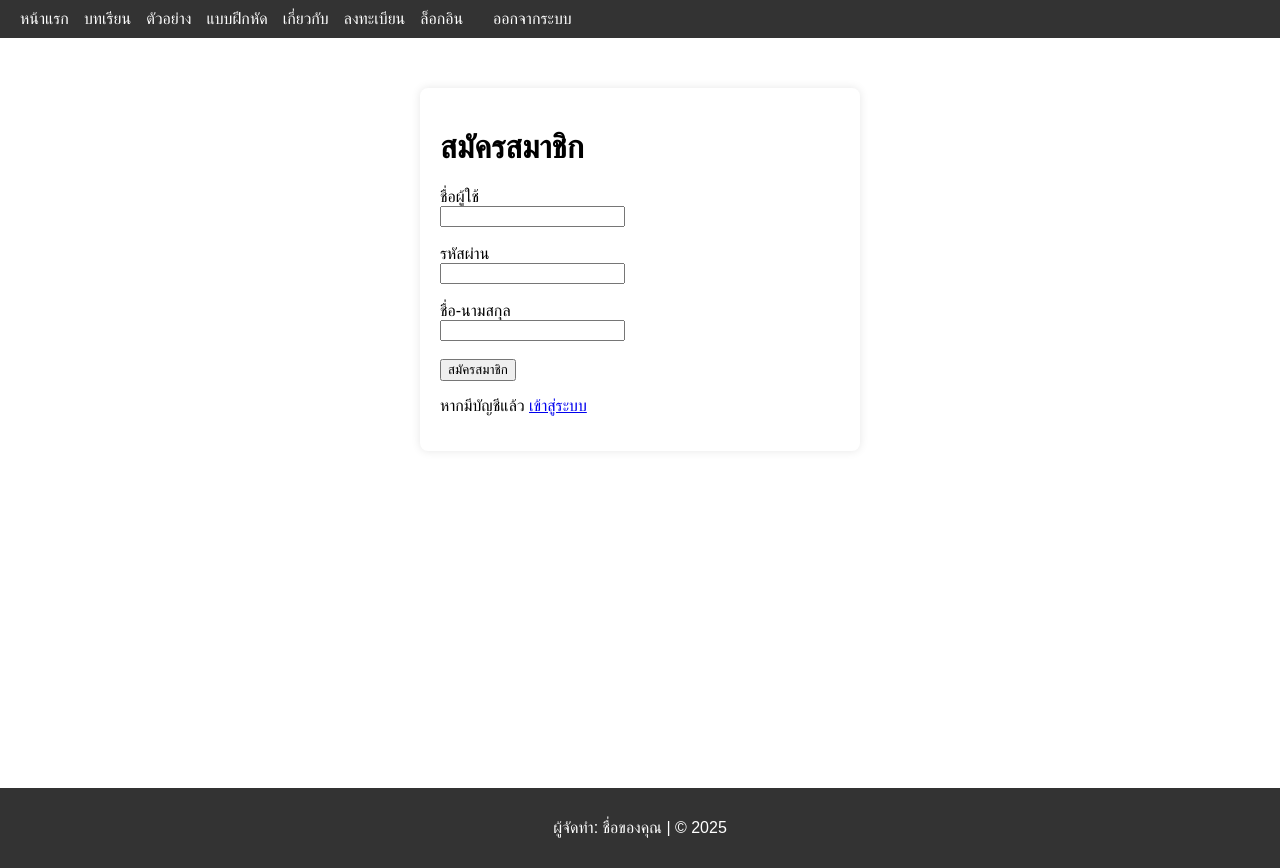
Repository: staggil/thesis
Page: register.html
An editor plug-in stored every save of this project. The page is shown before and after the next save, followed by the edit.
The browser window is 1280 px wide. The pictures show the whole page.
The page's requests for data from a server got no answer.

Above is the page before, as saved 2025-12-08 09:25:04.

### register.html
<!DOCTYPE html>
<html lang="th">
<head>
    <meta charset="UTF-8">
    <meta name="viewport" content="width=device-width, initial-scale=1.0">
    <title>สมัครสมาชิก - เว็บไซต์สอนเขียนโปรแกรม</title>
    <link rel="stylesheet" href="style.css">
    <script src="script.js" defer></script>
</head>
<body data-sidebar="components/empty.html" class="register-page">

    <!-- Header -->
    <div id="header-placeholder"></div>

    <!-- Sidebar -->
    <div id="sidebar-placeholder"></div>

    <!-- Content -->
    <main id="main-content">
        <h1>สมัครสมาชิก</h1>
        <form id="register-form">
            <label for="username">ชื่อผู้ใช้</label><br>
            <input type="text" id="username" name="username" required><br><br>

            <label for="password">รหัสผ่าน</label><br>
            <input type="password" id="password" name="password" required><br><br>

            <label for="fullname">ชื่อ-นามสกุล</label><br>
            <input type="text" id="fullname" name="fullname" required><br><br>

            <button type="submit">สมัครสมาชิก</button>
        </form>
        <p id="register-error" style="color:red; display:none;"></p>
        <p>หากมีบัญชีแล้ว <a href="login.html">เข้าสู่ระบบ</a></p>
    </main>

    <!-- Footer -->
    <div id="footer-placeholder"></div>

    <script>
    document.getElementById("register-form").addEventListener("submit", async (e) => {
        e.preventDefault();

        const username = document.getElementById("username").value.trim();
        const password = document.getElementById("password").value;
        const fullname = document.getElementById("fullname").value.trim();

        if (!username || !password || !fullname) {
            const err = document.getElementById("register-error");
            err.style.display = "block";
            err.textContent = "กรุณากรอกข้อมูลให้ครบทุกช่อง";
            return;
        }

        try {
            const res = await fetch("/register", {
                method: "POST",
                headers: { "Content-Type": "application/json" },
                body: JSON.stringify({ username, password, fullname })
            });

            const data = await res.json();

            const err = document.getElementById("register-error");
            if (data.success) {
                err.style.display = "none";
                alert(data.message);
                window.location.href = "/login.html"; // redirect ไปหน้า login
            } else {
                err.style.display = "block";
                err.textContent = data.message;
            }

        } catch (error) {
            console.error("Error:", error);
            const err = document.getElementById("register-error");
            err.style.display = "block";
            err.textContent = "เกิดข้อผิดพลาดในการเชื่อมต่อเซิร์ฟเวอร์";
        }
    });
    </script>

</body>
</html>

### style.css
/* =========================
   Reset & Body
   ========================= */
body {
    margin: 0;
    font-family: Arial, sans-serif;
    box-sizing: border-box;
}

/* =========================
   Header
   ========================= */
header {
    background-color: #333;
    color: white;
    padding: 10px 20px;
}

.navbar ul {
    list-style: none;
    display: flex;
    gap: 15px;
    padding: 0;
    margin: 0;
}

.navbar ul li a {
    color: white;
    text-decoration: none;
}

/* =========================
   Sidebar
   ========================= */
#sidebar {
    width: 200px;               /* กำหนดความกว้าง */
    background-color: #f4f4f4;  /* สีพื้นหลัง */
    padding: 15px;              /* ระยะขอบภายใน */
    float: left;                /* ลอยซ้าย */
    height: 100vh;              /* ความสูงเต็มหน้าจอ */
    overflow-y: auto;           /* scroll ถ้ายาวเกิน */
}

#sidebar ul {
    list-style: none;
    padding: 0;
}

#sidebar ul li {
    margin-bottom: 10px;
}

#sidebar ul li a {
    text-decoration: none;
    color: #333;
    display: block;
    padding: 8px;
    border-radius: 4px;
    transition: background 0.3s;
}

#sidebar ul li a:hover {
    background-color: #ddd;
}

/* =========================
   Main Content
   ========================= */
#main-content {
    padding: 20px;          /* ระยะขอบภายใน */
    margin-left: 300px;     /* เว้นระยะจาก sidebar (sidebar width + 20px) */
    max-width: 700px;
}

/* กรณีหน้า index.html ไม่มี sidebar */
body.index #main-content {
    margin-left: 0;
    max-width: 700px;        /* กว้างเท่ากับหน้าที่มี sidebar */
    margin: 0 auto;          /* จัด content กลางหน้า */
}

/* =========================
   Footer
   ========================= */
footer {
    clear: both;
    background-color: #333;
    color: white;
    text-align: center;
    padding: 15px;
    position: relative;
}

/* =========================
   Responsive (มือถือ)
   ========================= */
@media screen and (max-width: 768px) {
    #sidebar {
        width: 100%;
        height: auto;
        float: none;
    }
    #main-content {
        margin-left: 0;
        padding: 15px;
    }

    .navbar ul {
        flex-direction: column;
        gap: 5px;
    }
}

/* =========================
   Empty sidebar
   ========================= */
#sidebar.empty-sidebar {
    background-color: #fff;   /* สีเดียวกับ container */
           /* คง padding เดิมถ้าอยากให้ layoutเหมือนหน้าที่มี sidebar */
    /* อย่าแก้ width หรือ float */
}

/* หน้า login ให้ layout อยู่กลางและสวยขึ้น */
body.login-page #main-content {
    max-width: 400px;       /* กว้างแค่พอ form */
    margin: 50px auto;      /* จัดกลางแนวนอนและเว้นบน */
    padding: 20px;
    background-color: #fff; /* เหมือน container */
    border-radius: 8px;
    box-shadow: 0 0 10px rgba(0,0,0,0.1);
}



/* หน้า register ให้ layout อยู่กลางเหมือน login */
body.register-page #main-content {
    max-width: 400px;          /* กว้างพอ form */
    margin: 50px auto;         /* จัดกลางหน้า */
    padding: 20px;
    background-color: #fff;    /* เหมือน container */
    border-radius: 8px;
    box-shadow: 0 0 10px rgba(0,0,0,0.1);
}

### script.js
function loadComponent(filePath, elementId) {
    if (!filePath) return;
    const el = document.getElementById(elementId);
    if (!el) {
        console.error(`ไม่พบ element id="${elementId}"`);
        return;
    }
    fetch(filePath)
        .then(response => {
            if (!response.ok) throw new Error("ไม่พบไฟล์ " + filePath);
            return response.text();
        })
        .then(data => {
            el.innerHTML = data;

            // หลังโหลด header ให้ตรวจสอบ session
            if (elementId === "header-placeholder") {
                updateHeaderLoginStatus();
            }
        })
        .catch(error => console.error(error));
}

// ฟังก์ชันตรวจสอบ login
function updateHeaderLoginStatus() {
    fetch("/me")
        .then(res => res.json())
        .then(user => {
            if (user.username) {
                // login แล้ว
                document.querySelectorAll(".login-only").forEach(el => el.style.display = "none");
                document.querySelectorAll(".user-only").forEach(el => el.style.display = "block");
                document.getElementById("username-display").textContent = user.fullname;

                // เพิ่ม listener logout
                const logoutLink = document.getElementById("logout-link");
                if (logoutLink) {
                    logoutLink.addEventListener("click", async (e) => {
                        e.preventDefault();
                        await fetch("/logout", { method: "POST" });
                        updateHeaderLoginStatus(); // รีเฟรชเมนู
                        window.location.href = "/login.html";
                    });
                }

            } else {
                // ยังไม่ได้ login
                document.querySelectorAll(".login-only").forEach(el => el.style.display = "block");
                document.querySelectorAll(".user-only").forEach(el => el.style.display = "none");
            }
        })
        .catch(err => console.error(err));
}

document.addEventListener("DOMContentLoaded", function() {
    loadComponent("/components/header.html", "header-placeholder");
    loadComponent("/components/footer.html", "footer-placeholder");

    const sidebarFile = document.body.getAttribute("data-sidebar");
    loadComponent(sidebarFile, "sidebar-placeholder");

    // ตรวจสอบ exercise links หลังจากโหลด header เสร็จ
    const checkExerciseLinks = () => {
        const exerciseLinks = document.querySelectorAll("a[href^='/exercises/']");
        exerciseLinks.forEach(link => {
            link.addEventListener("click", async (e) => {
                e.preventDefault();
                const res = await fetch("/me");
                const user = await res.json();
                if (!user.username) {
                    const goLogin = confirm("คุณต้อง login ก่อนเข้าแบบฝึกหัด\nไปหน้า Login ตอนนี้หรือไม่?");
                    if (goLogin) window.location.href = "/login.html";
                } else {
                    window.location.href = link.href;
                }
            });
        });
    };

    // รอ header โหลดเสร็จแล้วค่อย bind
    const headerInterval = setInterval(() => {
        if (document.getElementById("header-placeholder").children.length > 0) {
            clearInterval(headerInterval);
            checkExerciseLinks();
        }
    }, 50);
});

### components/header.html
<header>
   <nav class="navbar">
        <ul id="nav-items">
            <li><a href="/index.html">หน้าแรก</a></li>
            <li><a href="/lessons/intro.html">บทเรียน</a></li>
            <li><a href="/examples/draw-rect.html">ตัวอย่าง</a></li>
            <li><a href="/exercises/exercise1.html">แบบฝึกหัด</a></li>
            <li><a href="/about/about.html">เกี่ยวกับ</a></li>
            <li class="login-only"><a href="/register.html">ลงทะเบียน</a></li>
            <li class="login-only"><a href="/login.html">ล็อกอิน</a></li>
            <li class="user-only"><span id="username-display"></span></li>
            <li class="user-only"><a href="#" id="logout-link">ออกจากระบบ</a></li>
        </ul>
    </nav>
</header>

### components/footer.html
<footer>
    <p>ผู้จัดทำ: ชื่อของคุณ | © 2025</p>
</footer>

### components/empty.html
<aside id="sidebar" class="empty-sidebar">
    <ul>

    </ul>
</aside>

After the next save:
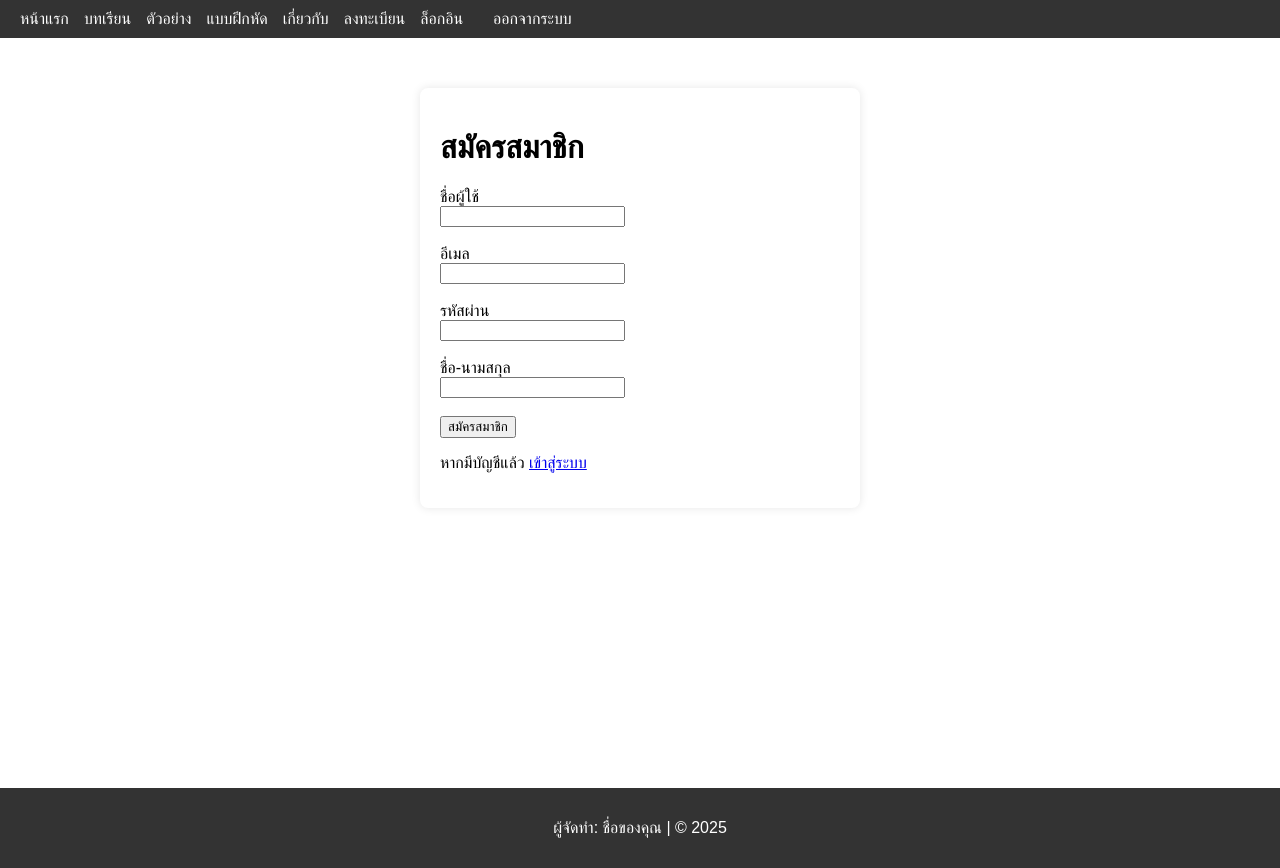
Saved 19 h 20 min later.
--- a/register.html
+++ b/register.html
@@ -22,6 +22,9 @@
             <label for="username">ชื่อผู้ใช้</label><br>
             <input type="text" id="username" name="username" required><br><br>
 
+            <label for="email">อีเมล</label><br>
+            <input type="email" id="email" name="email" required><br><br>
+
             <label for="password">รหัสผ่าน</label><br>
             <input type="password" id="password" name="password" required><br><br>
 
@@ -38,46 +41,47 @@
     <div id="footer-placeholder"></div>
 
     <script>
-    document.getElementById("register-form").addEventListener("submit", async (e) => {
-        e.preventDefault();
+  document.getElementById("register-form").addEventListener("submit", async (e) => {
+    e.preventDefault();
 
-        const username = document.getElementById("username").value.trim();
-        const password = document.getElementById("password").value;
-        const fullname = document.getElementById("fullname").value.trim();
+    const username = document.getElementById("username").value.trim();
+    const password = document.getElementById("password").value;
+    const fullname = document.getElementById("fullname").value.trim();
+    const email = document.getElementById("email").value.trim(); // เพิ่ม
 
-        if (!username || !password || !fullname) {
-            const err = document.getElementById("register-error");
+    if (!username || !password || !fullname || !email) { // ตรวจ email ด้วย
+        const err = document.getElementById("register-error");
+        err.style.display = "block";
+        err.textContent = "กรุณากรอกข้อมูลให้ครบทุกช่อง";
+        return;
+    }
+
+    try {
+        const res = await fetch("/register", {
+            method: "POST",
+            headers: { "Content-Type": "application/json" },
+            body: JSON.stringify({ username, email, password, fullname }) // ส่ง email ด้วย
+        });
+
+        const data = await res.json();
+
+        const err = document.getElementById("register-error");
+        if (data.success) {
+            err.style.display = "none";
+            alert(data.message);
+            window.location.href = "/login.html"; // redirect ไปหน้า login
+        } else {
             err.style.display = "block";
-            err.textContent = "กรุณากรอกข้อมูลให้ครบทุกช่อง";
-            return;
+            err.textContent = data.message;
         }
 
-        try {
-            const res = await fetch("/register", {
-                method: "POST",
-                headers: { "Content-Type": "application/json" },
-                body: JSON.stringify({ username, password, fullname })
-            });
-
-            const data = await res.json();
-
-            const err = document.getElementById("register-error");
-            if (data.success) {
-                err.style.display = "none";
-                alert(data.message);
-                window.location.href = "/login.html"; // redirect ไปหน้า login
-            } else {
-                err.style.display = "block";
-                err.textContent = data.message;
-            }
-
-        } catch (error) {
-            console.error("Error:", error);
-            const err = document.getElementById("register-error");
-            err.style.display = "block";
-            err.textContent = "เกิดข้อผิดพลาดในการเชื่อมต่อเซิร์ฟเวอร์";
-        }
-    });
+    } catch (error) {
+        console.error("Error:", error);
+        const err = document.getElementById("register-error");
+        err.style.display = "block";
+        err.textContent = "เกิดข้อผิดพลาดในการเชื่อมต่อเซิร์ฟเวอร์";
+    }
+});
     </script>
 
 </body>
